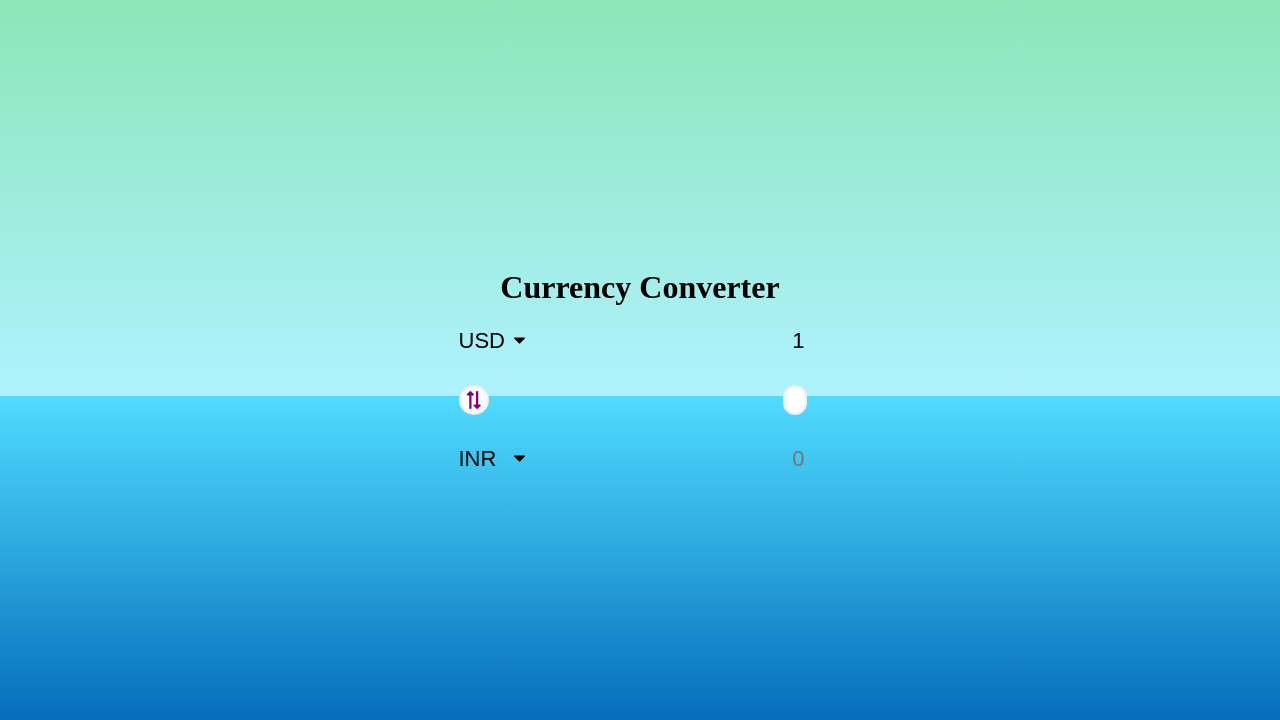
Repository: Sp4ngl3r/Currency-Converter
Page: currency.html
An editor plug-in stored every save of this project. The page is shown before and after the next save, followed by the edit.
The browser window is 1280 px wide. The pictures show the whole page.
The page's requests for data from a server got no answer. Some web fonts or font styles are not loaded; a fallback is used. Some web libraries are served in a nearby version.

Above is the page before, as saved 2020-04-19 09:06:55.

After the next save:
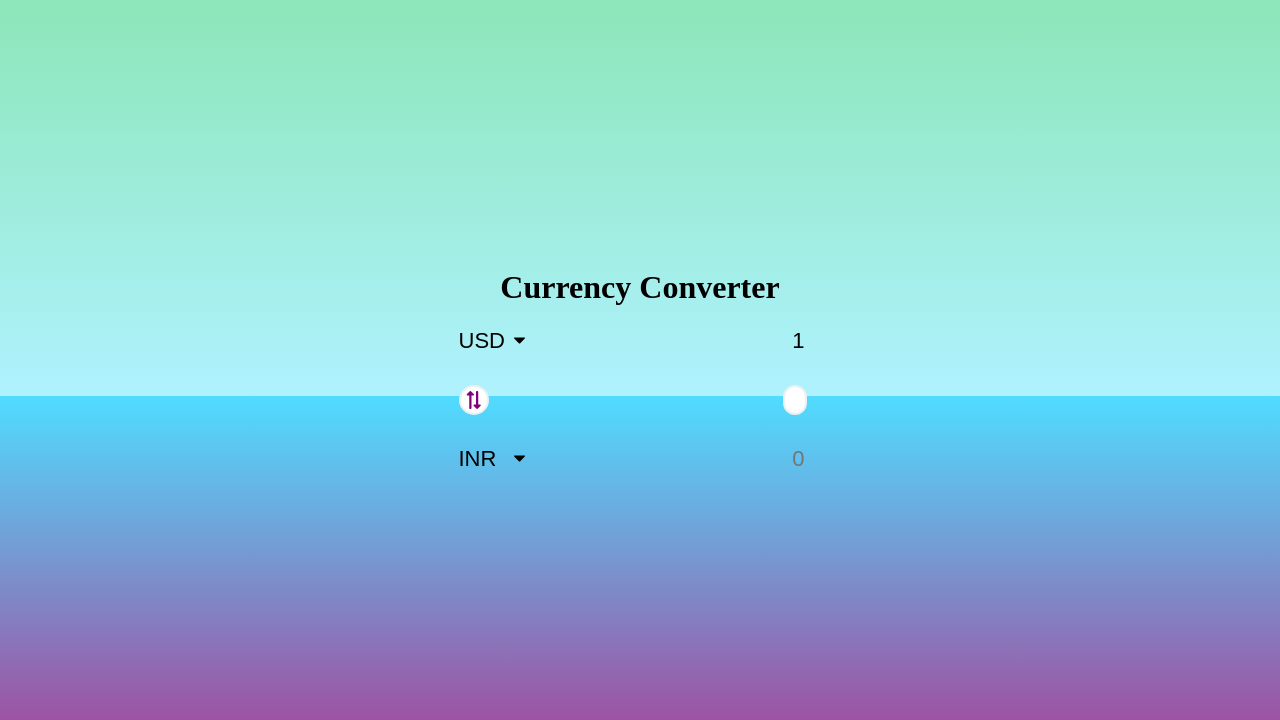
Saved 34 s later.
--- a/currency.css
+++ b/currency.css
@@ -8,7 +8,7 @@ body {
     #8ce6b8 0%,
     #aff2ff 55%,
     #50dcff 55%,
-    #056dbb 100%
+    #9d53a3 100%
   );
   font-family: "Muli", fantasy;
   display: flex;
